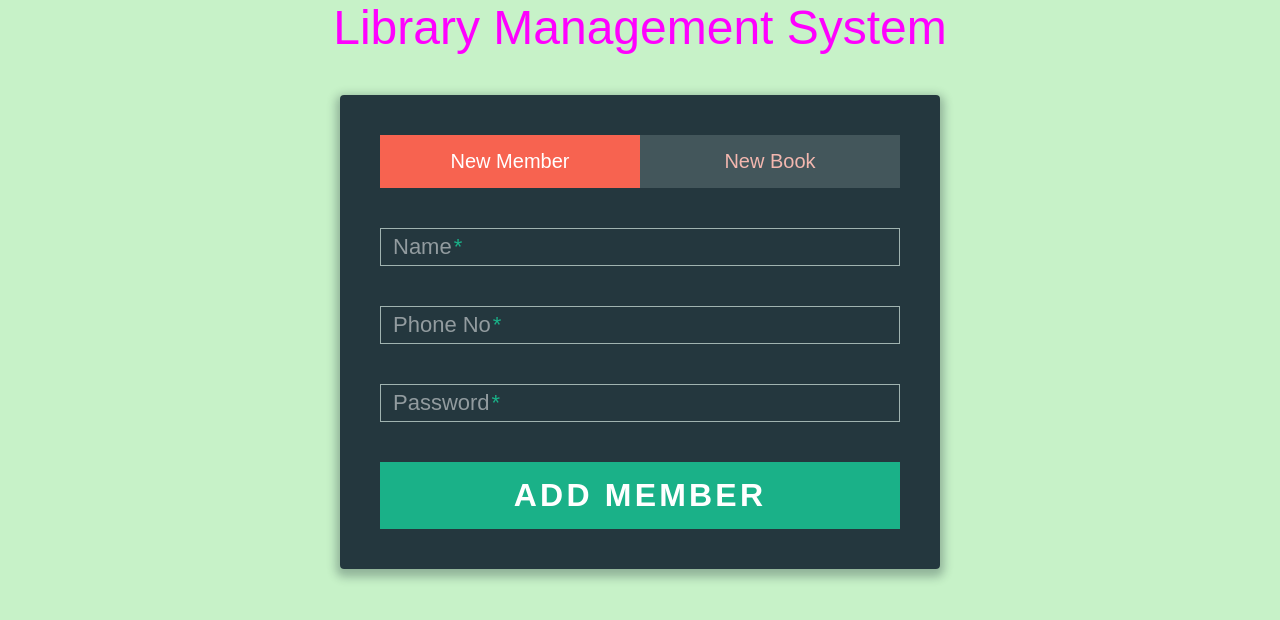
Repository: sudhanshuptl/LMS
Page: http://localhost/LMSWeb/add_user.jsp
These files come from the project's save history. The page is drawn as it stood at one moment and after the next save; the edit follows.
The browser window is 1280 px wide. The pictures show the whole page.
Some web fonts or font styles are not loaded; a fallback is used. Some web libraries are served in a nearby version. The page is served by Tomcat 9.

Above is the page before, as saved 2016-11-23 17:05:45.

After the next save:
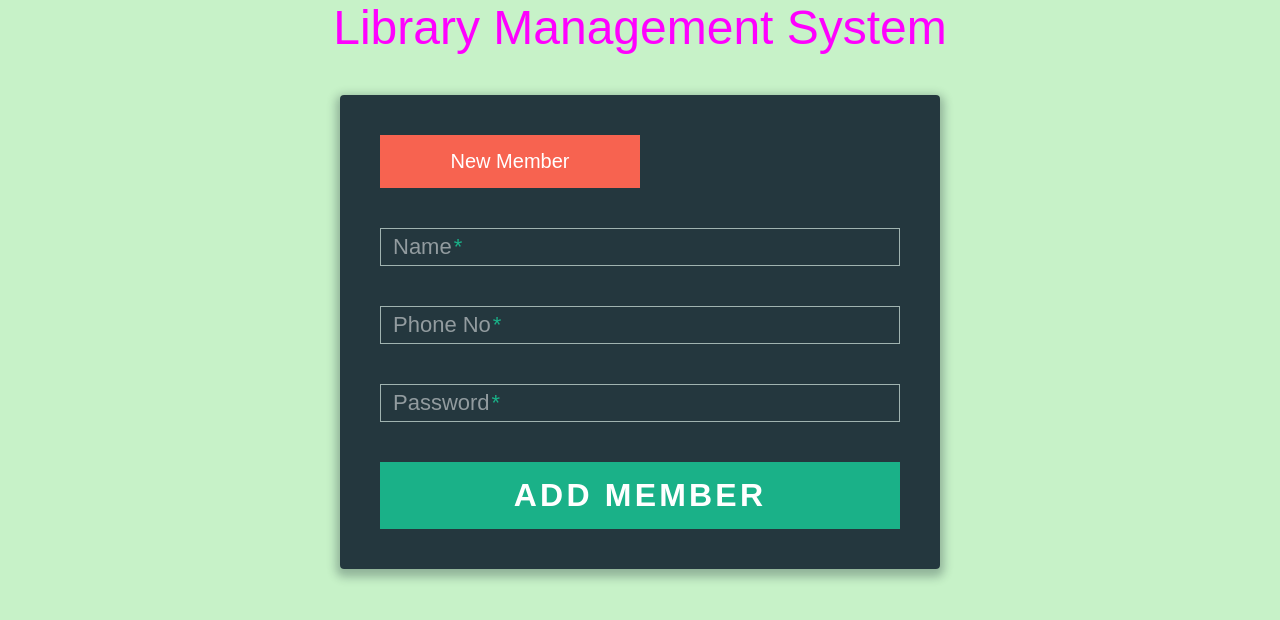
Saved 113 s later.
--- a/LMSWeb/WebContent/add_user.jsp
+++ b/LMSWeb/WebContent/add_user.jsp
@@ -25,8 +25,7 @@
 	<div class="form">
 
 		<ul class="tab-group">
-			<li class="tab active"><a href="#signup">New Member</a></li>
-			<li class="tab"><a href="#login">New Book</a></li>
+			<li class="tab active"><a href="#add_user">New Member</a></li>
 		</ul>
 
 		<div class="tab-content">
